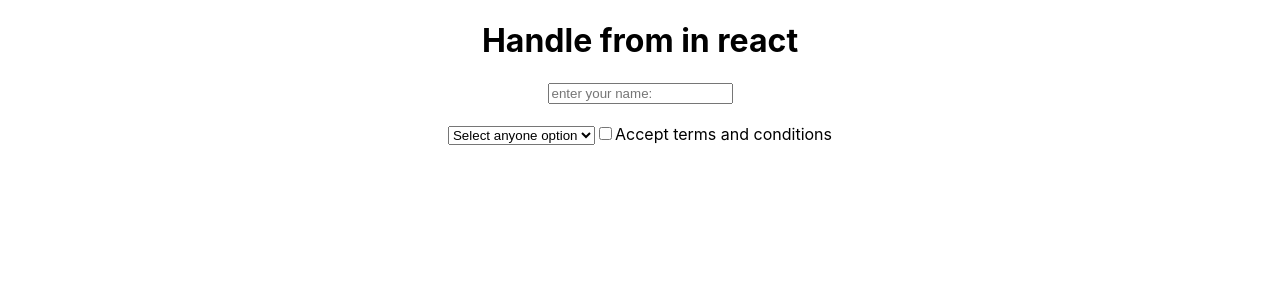
Repository: ShahbazGurmani/react-practice
Page: /
These files come from the project's save history. The page is drawn as it stood at one moment and after the next save; the edit follows.
The browser window is 1280 px wide. The pictures show the whole page.
The project was rebuilt for these pictures with package versions that can differ from the ones it lists, and the page was loaded fresh each time. Also part of the build but not shown: src/User.js, src/Student.js, src/Records.js.

Above is the page before, as saved 2023-08-23 02:29:06.

After the next save:
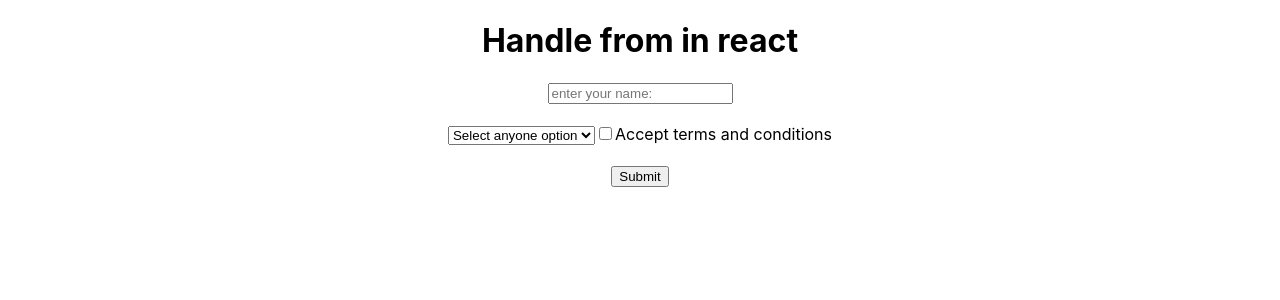
Saved 64 s later.
--- a/src/App.js
+++ b/src/App.js
@@ -59,6 +59,7 @@ function App() {
                 <option>BC</option>
           </select>
           <input type='checkbox' /><span>Accept terms and conditions</span><br/> <br/>
+          <button type='submit'>Submit</button>
        </form>
 
 
